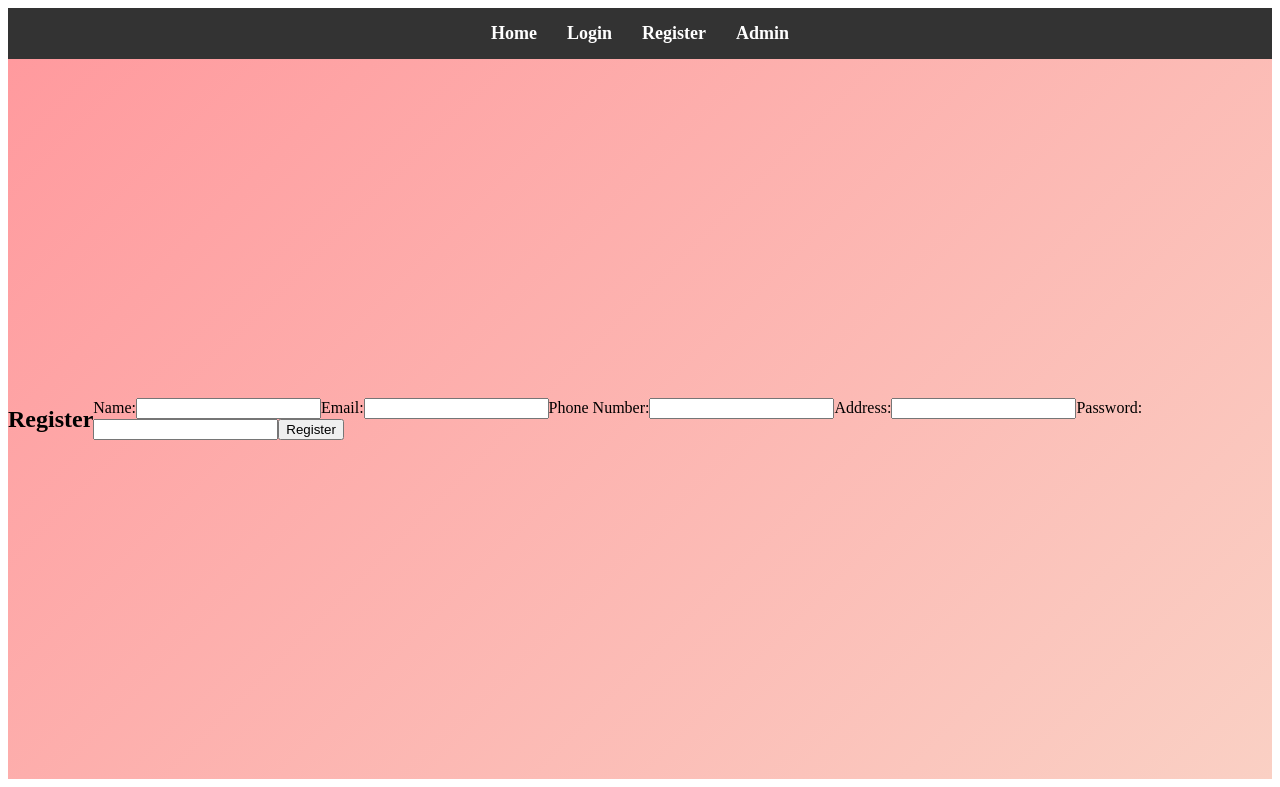
Repository: AhmedIbu/angular-login-app
Page: /register (app in angular-login-app/)
The author's editor kept a copy of each file at every save. The page is drawn from the files as they stood at one save, then again after a run of saves.
The browser window is 1280 px wide. The pictures show the whole page.
The project was rebuilt for these pictures with package versions that can differ from the ones it lists, and the page was loaded fresh each time. Also part of the build but not shown: angular-login-app/angular.json, angular-login-app/src/app/home/home.component.ts, angular-login-app/src/app/login/login.component.ts, angular-login-app/src/app/services/auth.service.ts, angular-login-app/src/app/admin-dashboard/admin-dashboard.component.ts, angular-login-app/src/app/admin-login/admin-login.component.ts, angular-login-app/src/app/user-dashboard/user-dashboard.component.ts.

Above is the page before, as saved 2025-02-21 11:16:54.

### angular-login-app/src/index.html
<!doctype html>
<html lang="en">
<head>
  <meta charset="utf-8">
  <title>AngularLoginApp</title>
  <base href="/">
  <meta name="viewport" content="width=device-width, initial-scale=1">
  <link rel="icon" type="image/x-icon" href="favicon.ico">
</head>
<body>
  <app-root></app-root>
</body>
</html>

### angular-login-app/src/styles.css
/*  app components css   */

/* Style the navigation bar */
.navbar {
  background: #333;
  padding: 15px;
  text-align: center;
}

/* Style the list */
.nav-list {
  list-style: none;
  padding: 0;
  margin: 0;
  display: flex;
  justify-content: center;
}

/* Style the navigation links */
.nav-list li {
  margin: 0 15px;
}

.nav-link {
  text-decoration: none;
  color: white;
  font-size: 18px;
  font-weight: bold;
  transition: color 0.3s ease-in-out;
}

/* Hover effect */
.nav-link:hover {
  color: #00c8ff;
}

/* Responsive design */
@media (max-width: 600px) {
  .nav-list {
    flex-direction: column;
  }

  .nav-list li {
    margin-bottom: 10px;
  }
}

### angular-login-app/src/main.ts
import { bootstrapApplication } from '@angular/platform-browser';
import { appConfig } from './app/app.config';
import { AppComponent } from './app/app.component';
import { provideHttpClient } from '@angular/common/http';

bootstrapApplication(AppComponent, {
  ...appConfig, // ✅ Spread existing config
  providers: [
    ...appConfig.providers, // ✅ Keep existing providers
    provideHttpClient() // ✅ Ensure HTTP client is provided
  ]
}).catch(err => console.error(err));

### angular-login-app/src/app/app.config.ts
import { ApplicationConfig } from '@angular/core';
import { provideRouter, Routes } from '@angular/router';
import { provideHttpClient } from '@angular/common/http';

// ✅ Import standalone components
import { HomeComponent } from './home/home.component';
import { LoginComponent } from './login/login.component';
import { RegisterComponent } from './register/register.component';
import { AdminDashboardComponent } from './admin-dashboard/admin-dashboard.component';
import { AdminLoginComponent } from './admin-login/admin-login.component';
import { UserDashboardComponent } from './user-dashboard/user-dashboard.component';

// ✅ Define routes
const routes: Routes = [
  { path: '', component: HomeComponent}, // Default route
  { path: 'login', component: LoginComponent },
  { path: 'register', component: RegisterComponent },
  { path: 'admin-login', component: AdminLoginComponent },
  { path: 'user-dashboard', component: UserDashboardComponent },
  { path: 'admin-dashboard', component: AdminDashboardComponent },
  { path: '**', redirectTo: 'user-dashboard' } // Catch-all for unknown routes
];

export const appConfig: ApplicationConfig = {
  providers: [
    provideRouter(routes),
    provideHttpClient()
  ]
};

### angular-login-app/src/app/app.component.ts
import { Component } from '@angular/core';
import { RouterModule } from '@angular/router';

@Component({
  selector: 'app-root',
  standalone: true,
  imports: [RouterModule],
  templateUrl: './app.component.html',
  styleUrls: ['./app.component.css','../styles.css']
})
export class AppComponent { }

### angular-login-app/src/app/register/register.component.ts
import { CommonModule } from '@angular/common';
import { Component } from '@angular/core';
import { FormsModule } from '@angular/forms';
import { UserService } from '../services/user.service';

@Component({
  selector: 'app-register',
  standalone: true,
  imports: [CommonModule, FormsModule],
  templateUrl: './register.component.html',
  styleUrls: ['./register.component.css']
})
export class RegisterComponent {
  user = { name: '', email: '', phone: '', address: '', password: '' };
  errorMessage = '';
  successMessage = '';
  loading = false; // ✅ Added loading state

  constructor(private userService: UserService) {}

  registerUser() {
    // ✅ Prevent duplicate submissions
    if (this.loading) return;

    // ✅ Validate form fields
    if (!this.validateForm()) {
      this.errorMessage = "All fields are required";
      return;
    }

    // ✅ Show loading state
    this.loading = true;
    this.errorMessage = '';
    this.successMessage = '';

    console.log('📤 Sending Data:', this.user); // Debugging

    this.userService.registerUser(this.user).subscribe({
      next: (response: any) => {
        console.log('✅ Registration successful:', response);
        this.successMessage = response.message || 'User Registered Successfully!';
        alert(this.successMessage);
        this.resetForm();
      },
      error: (error) => {
        console.error('❌ Registration failed:', error);
        this.errorMessage = error.error?.message || 'Registration failed. Try again.';
        alert(this.errorMessage);
      },
      complete: () => {
        this.loading = false; // ✅ Re-enable form after request completes
      }
    });
  }

  private validateForm(): boolean {
    return Object.values(this.user).every(value => value.trim() !== '');
  }

  private resetForm() {
    this.user = { name: '', email: '', phone: '', address: '', password: '' };
    this.errorMessage = '';
    this.successMessage = '';
  }
}

### angular-login-app/src/app/app.component.html
<nav class="navbar">
  <ul class="nav-list">
    <li><a routerLink="/" class="nav-link">Home</a></li>
    <li><a routerLink="/login" class="nav-link">Login</a></li>
    <li><a routerLink="/register" class="nav-link">Register</a></li>
    <li><a routerLink="/admin-login" class="nav-link">Admin</a></li>
  </ul>
</nav>

<router-outlet></router-outlet>

### angular-login-app/src/app/register/register.component.html
<div class="register-container">
  <div class=""></div>
<h2>Register</h2>
<form (ngSubmit)="registerUser()">
  <label>Name:</label>
  <input type="text" [(ngModel)]="user.name" name="name" required>

  <label>Email:</label>
  <input type="email" [(ngModel)]="user.email" name="email" required>

  <label>Phone Number:</label>
  <input type="text" id="phone" [(ngModel)]="user.phone" name="phone" required>

  <label for="address">Address:</label>
  <input type="text" id="address" [(ngModel)]="user.address" name="address" required>

  <label>Password:</label>
  <input type="password" [(ngModel)]="user.password" name="password" required>

  <button type="submit">Register</button>

  <p *ngIf="errorMessage" style="color: red;">{{ errorMessage }}</p>
</form>
</div>

### angular-login-app/src/app/register/register.component.css
/* Centering the register form */
.register-container {
    display: flex;
    justify-content: center;
    align-items: center;
    height: 100vh;
    background: linear-gradient(135deg, #ff9a9e, #fad0c4);
  }

  /* Glassmorphism effect for the form */
  .register-box {
    background: rgba(255, 255, 255, 0.2);
    backdrop-filter: blur(10px);
    border-radius: 12px;
    padding: 30px;
    box-shadow: 0 4px 6px rgba(0, 0, 0, 0.1);
    width: 320px;
    text-align: center;
    color: #fff;
  }

  /* Styling form elements */
  .register-box h2 {
    margin-bottom: 20px;
    font-size: 24px;
    font-weight: bold;
  }

  .register-box input {
    width: 100%;
    padding: 10px;
    margin: 10px 0;
    border: none;
    border-radius: 5px;
    font-size: 16px;
  }

  /* Register button styles */
  .register-btn {
    background: #ff758c;
    color: white;
    border: none;
    padding: 10px;
    font-size: 18px;
    width: 100%;
    border-radius: 5px;
    cursor: pointer;
    transition: 0.3s;
  }

  .register-btn:hover {
    background: #ff5277;
    transform: scale(1.05);
  }

  /* Style for the "Already have an account?" text */
  .register-box p {
    margin-top: 10px;
    font-size: 14px;
  }

  .register-box a {
    color: #fff;
    text-decoration: underline;
    transition: 0.3s;
  }

  .register-box a:hover {
    color: #ff5277;
  }

### angular-login-app/src/app/services/user.service.ts
import { Injectable } from '@angular/core';
import { HttpClient , HttpHeaders} from '@angular/common/http';
import { Observable } from 'rxjs';

@Injectable({
  providedIn: 'root'
})
export class UserService {
  private apiUrl = 'http://127.0.0.1:5000/get-users'; // Flask backend base URL

  constructor(private http: HttpClient) {}

  registerUser(userData: any) {
    return this.http.post('http://127.0.0.1:5000/register', userData, {
      headers: { 'Content-Type': 'application/json' }
    });
  }

  loginUser(credentials: any): Observable<any> {
    return this.http.post(`${this.apiUrl}/login`, credentials);
  }

  getUsers(): Observable<any> {
    const token = localStorage.getItem('token');
    const headers = new HttpHeaders({ 'Authorization': `Bearer ${token}` });

    return this.http.get<any>(this.apiUrl, { headers });
  }


  addUser(userData: any): Observable<any> {
    return this.http.post(`${this.apiUrl}/add-user`, userData);
  }
}

Loaded but not shown: angular-login-app/src/app/app.component.css (no stored copy; drawn as an empty file)

After the next 4 saves:
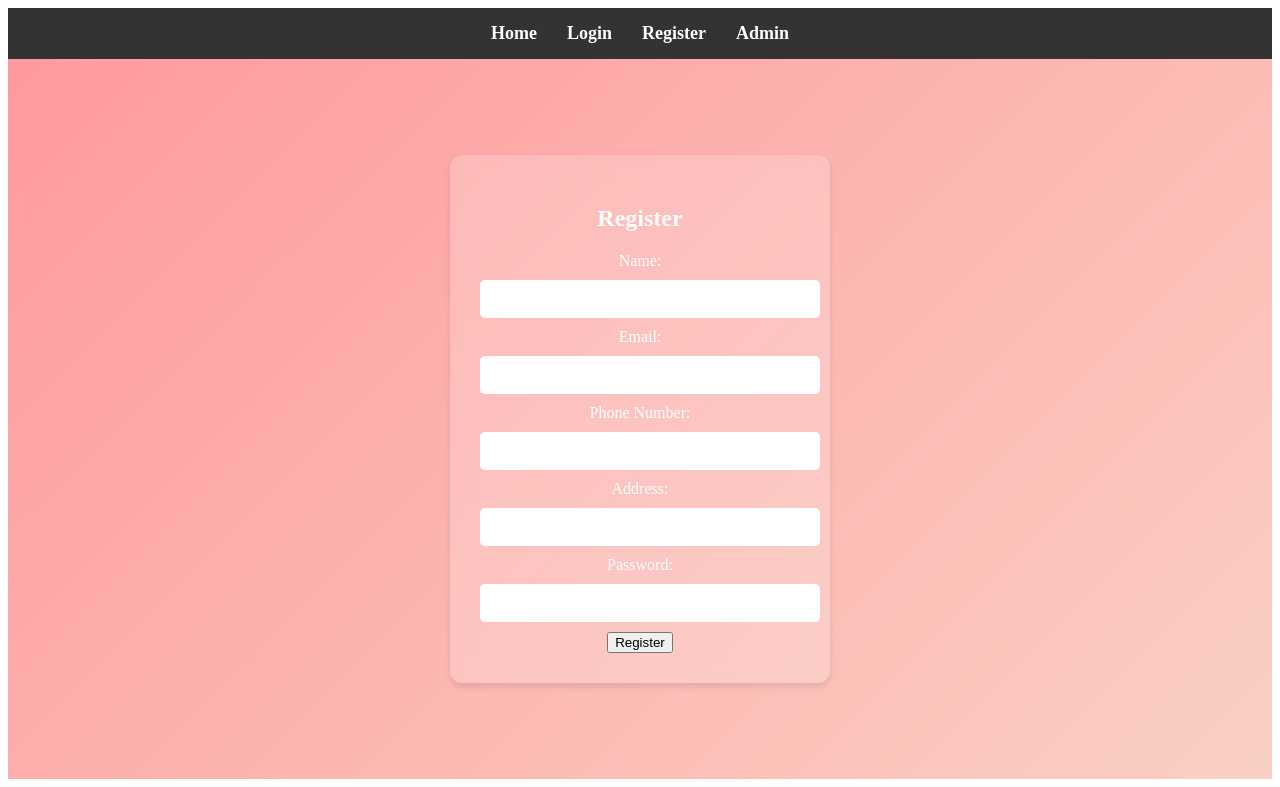
The 4 saves are shown as one change because they came seconds apart.
The last was saved 12 s later.
--- a/angular-login-app/src/app/register/register.component.html
+++ b/angular-login-app/src/app/register/register.component.html
@@ -1,5 +1,5 @@
 <div class="register-container">
-  <div class=""></div>
+  <div class="register-box">
 <h2>Register</h2>
 <form (ngSubmit)="registerUser()">
   <label>Name:</label>
@@ -22,3 +22,4 @@
   <p *ngIf="errorMessage" style="color: red;">{{ errorMessage }}</p>
 </form>
 </div>
+</div>
